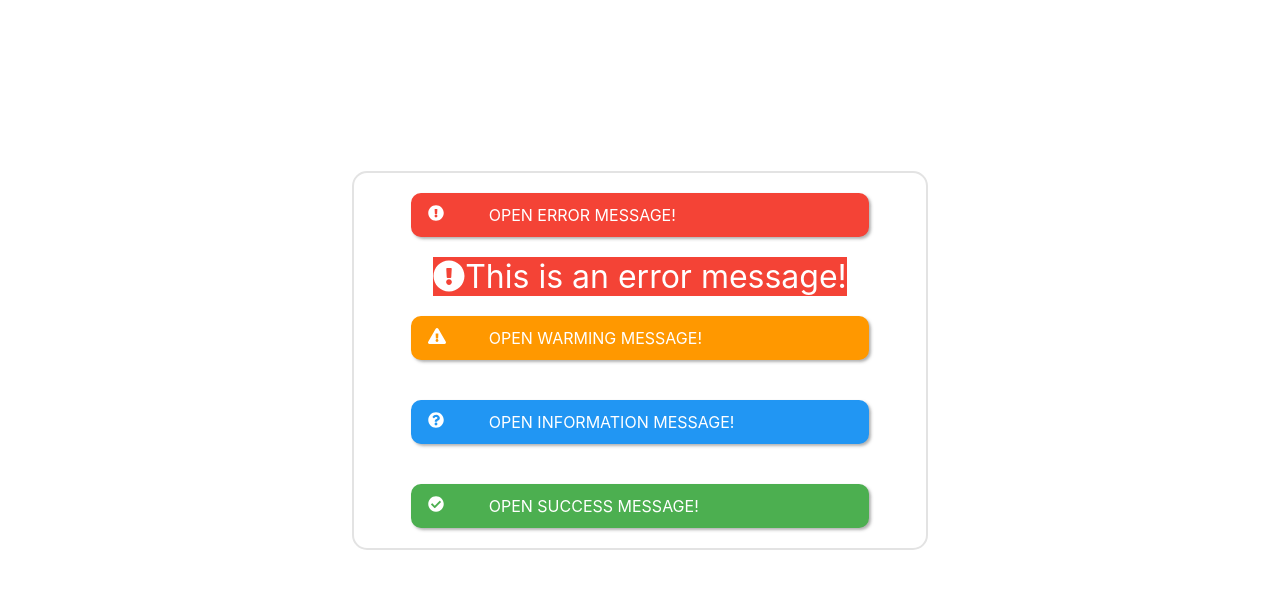
Repository: KrzysKolo/sr_tydzien5_zad2
Page: /, after clicking the first element matching `div.btn`
The author's editor kept a copy of each file at every save. The page is drawn from the files as they stood at one save, then again after the next save.
The browser window is 1280 px wide. The pictures show the whole page.
The project was rebuilt for these pictures with package versions that can differ from the ones it lists, and the page was loaded fresh each time.

Above is the page before, as saved 2020-12-28 03:42:17.

After the next save:
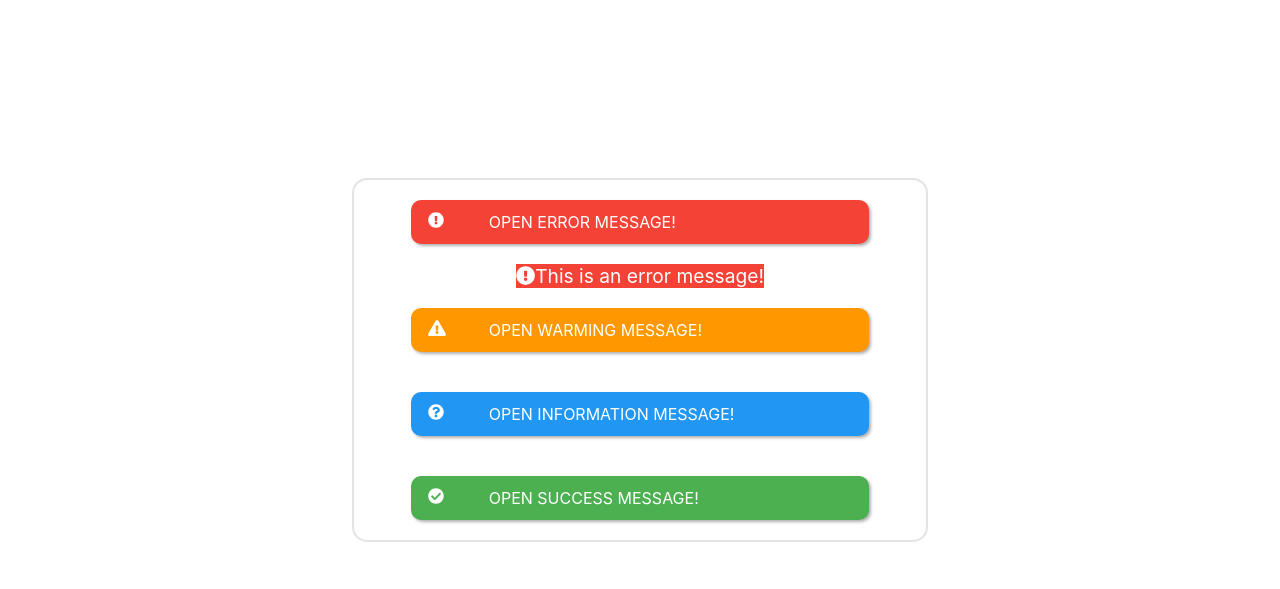
Saved 16 s later.
--- a/src/App.css
+++ b/src/App.css
@@ -34,7 +34,7 @@ body {
   transition: all 0.3s ease-in-out;
 }
 .snackbar {
-  font-size: 2rem;
+  font-size: 1.2rem;
 }
 .error {
   color: white;
